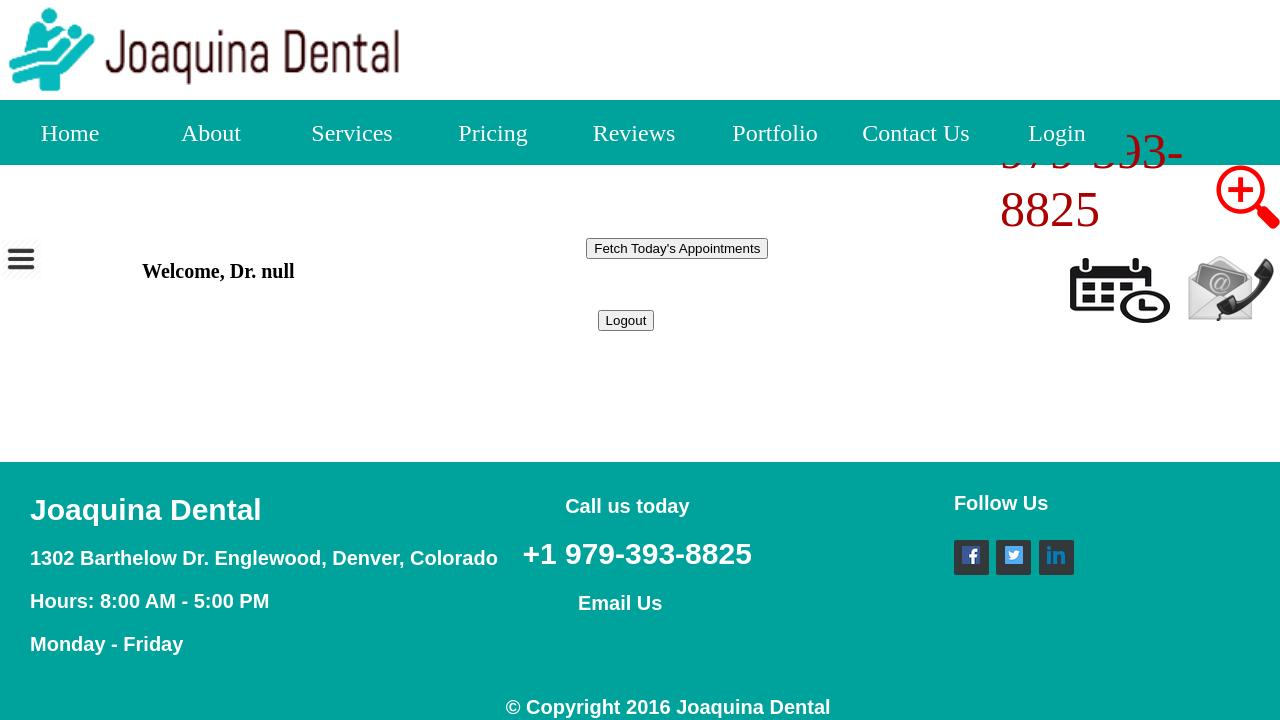
Repository: ManjushaBolishetty/test
Page: http://localhost/test/DentistHomePage.jsp
The author's editor kept a copy of each file at every save. The page is drawn from the files as they stood at one save, then again after the next save.
The browser window is 1280 px wide. The pictures show the whole page.
The page is served by Tomcat 9.

Above is the page before, as saved 2016-04-03 16:47:50.

After the next save:
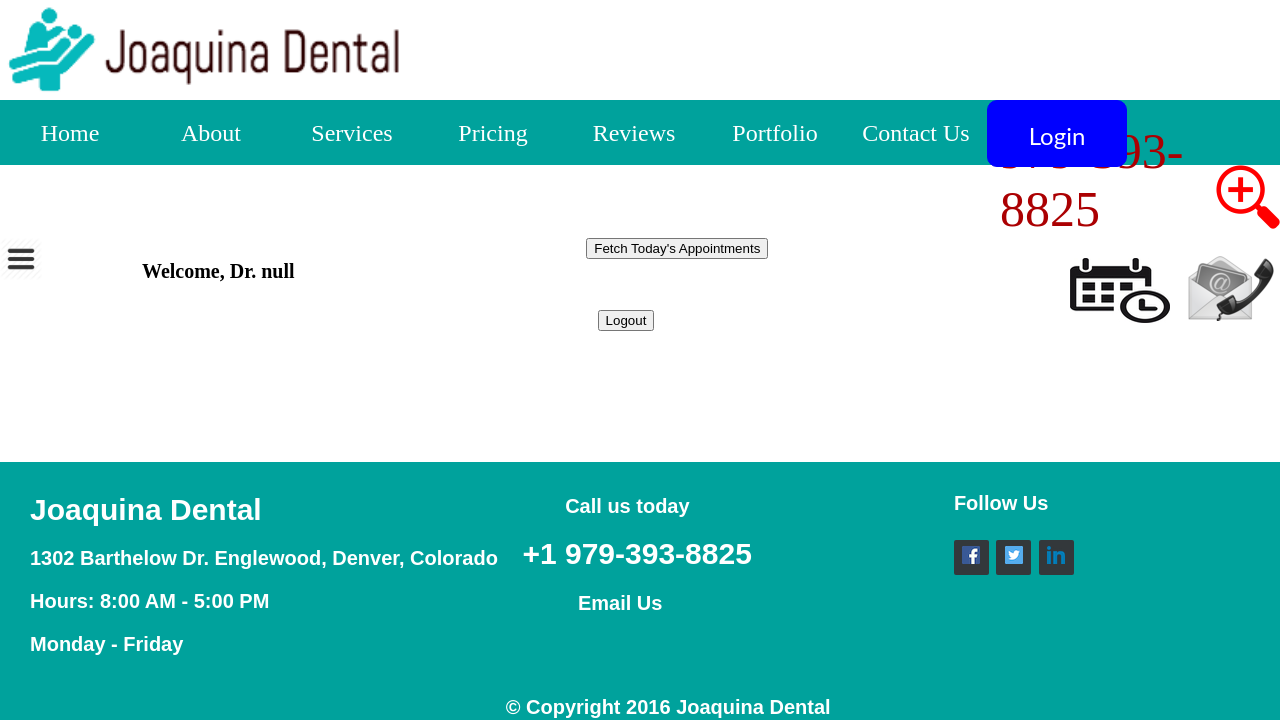
Saved 2 min 11 s later.
--- a/test/WebContent/header.jsp
+++ b/test/WebContent/header.jsp
@@ -45,7 +45,7 @@
 	  	   <li><a href="#">Reviews</a></li>
 	  	   <li><a href="#">Portfolio</a></li>
 	  	   <li><a href="#">Contact Us</a></li>
-	  	   <li><a href="#">Login</a></li>
+	  	   <li><a class="login" href="#">Login</a></li>
 	</ul>
 </div>
 <div id="zoom" style="width:100%;height:0px">

After the save that followed:
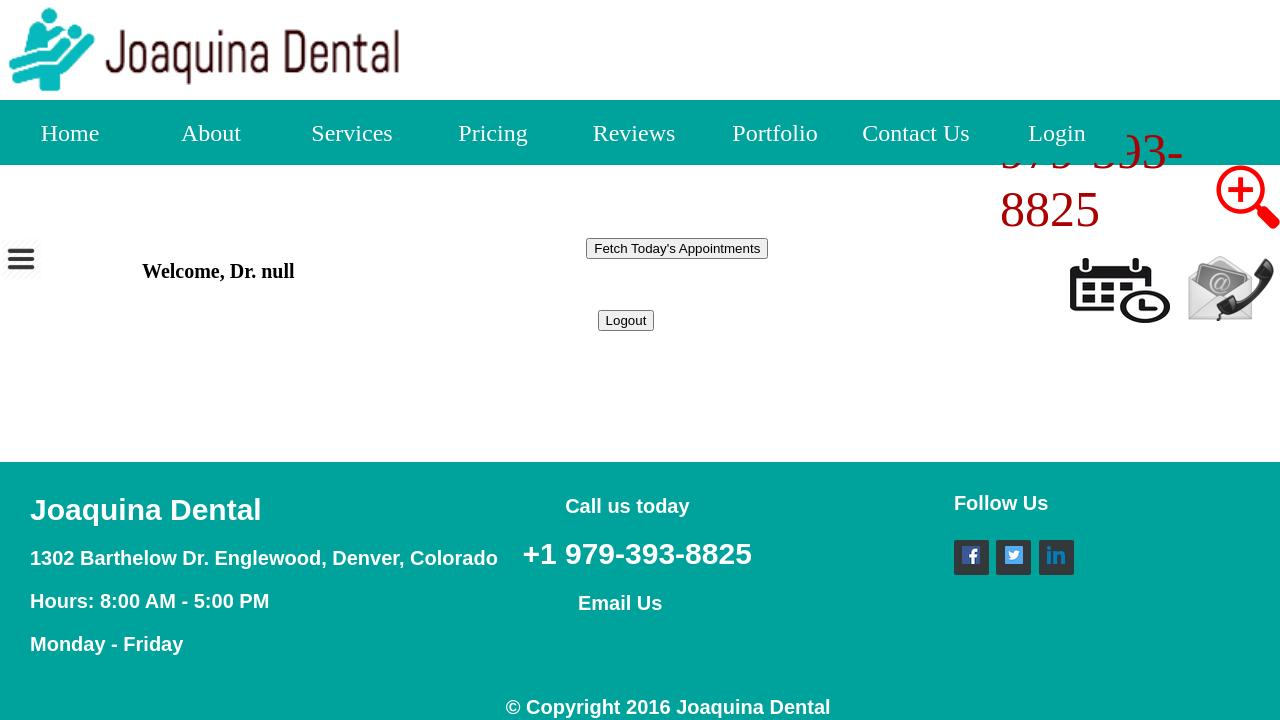
Saved 25 s later.
--- a/test/WebContent/header.jsp
+++ b/test/WebContent/header.jsp
@@ -45,7 +45,7 @@
 	  	   <li><a href="#">Reviews</a></li>
 	  	   <li><a href="#">Portfolio</a></li>
 	  	   <li><a href="#">Contact Us</a></li>
-	  	   <li><a class="login" href="#">Login</a></li>
+	  	   <li><a class="loginToggle" href="#">Login</a></li>
 	</ul>
 </div>
 <div id="zoom" style="width:100%;height:0px">
